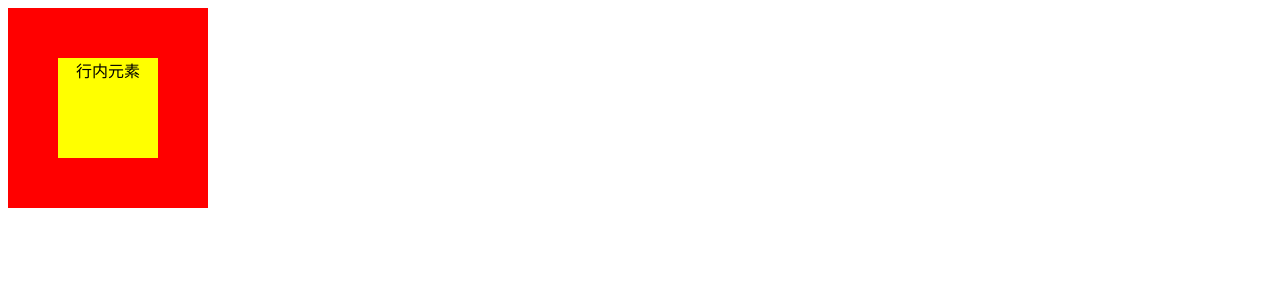
Repository: Qianfane/Blog
Page: CSS/居中测试/3.1 center-inline.html
The author's editor kept a copy of each file at every save. The page is drawn from the files as they stood at one save, then again after a run of saves.
The browser window is 1280 px wide. The pictures show the whole page.

Above is the page before, as saved 2022-01-25 19:59:18.

### CSS/居中测试/3.1 center-inline.html
<!DOCTYPE html>
<html lang="en">
<head>
    <meta charset="UTF-8">
    <meta http-equiv="X-UA-Compatible" content="IE=edge">
    <meta name="viewport" content="width=device-width, initial-scale=1.0">
    <title>行内元素</title>
</head>
<body>
<style>
    .outer {
        display: table-cell;
        text-align: center;
        vertical-align: middle;

        width: 200px;
        height: 200px;
        background-color: red;
    }
    p {
        display: inline-block;

        width: 100px;
        height: 100px;
        background-color: yellow;
    }
</style>
<div class="outer">
    <p>行内元素</p>
</div>
</body>
</html>

After the next 2 saves:
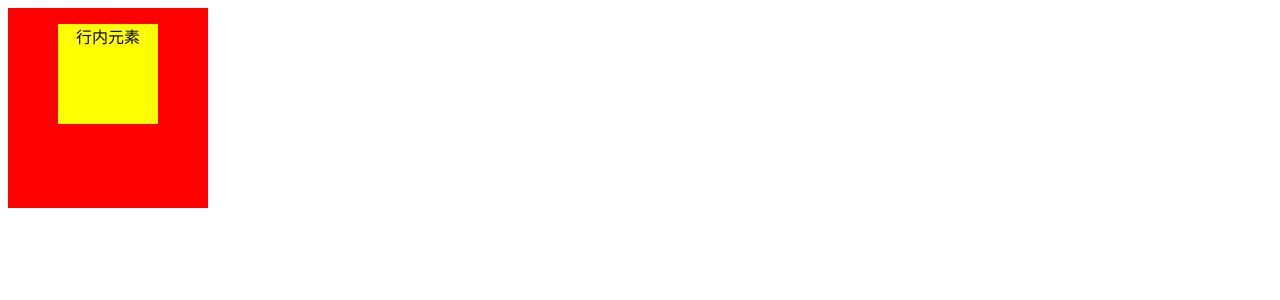
The 2 saves are shown as one change because they came seconds apart.
The last was saved 15 s later.
--- a/CSS/居中测试/3.1 center-inline.html
+++ b/CSS/居中测试/3.1 center-inline.html
@@ -9,9 +9,7 @@
 <body>
 <style>
     .outer {
-        display: table-cell;
         text-align: center;
-        vertical-align: middle;
 
         width: 200px;
         height: 200px;
